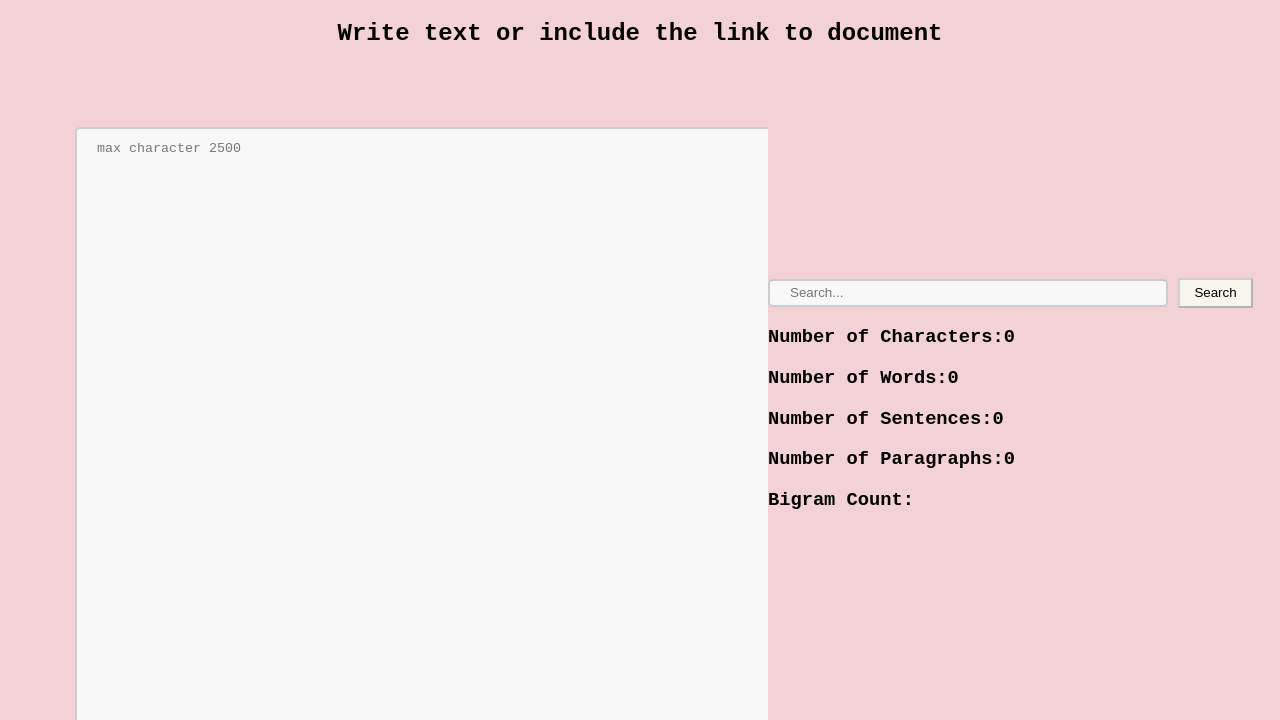
Repository: zitac234/TTPProject
Page: /
The author's editor kept a copy of each file at every save. The page is drawn from the files as they stood at one save, then again after a run of saves.
The browser window is 1280 px wide. The pictures show the whole page.
The project was rebuilt for these pictures with package versions that can differ from the ones it lists, and the page was loaded fresh each time. Also part of the build but not shown: webpack.config.js.

Above is the page before, as saved 2021-06-21 16:42:23.

After the next 11 saves:
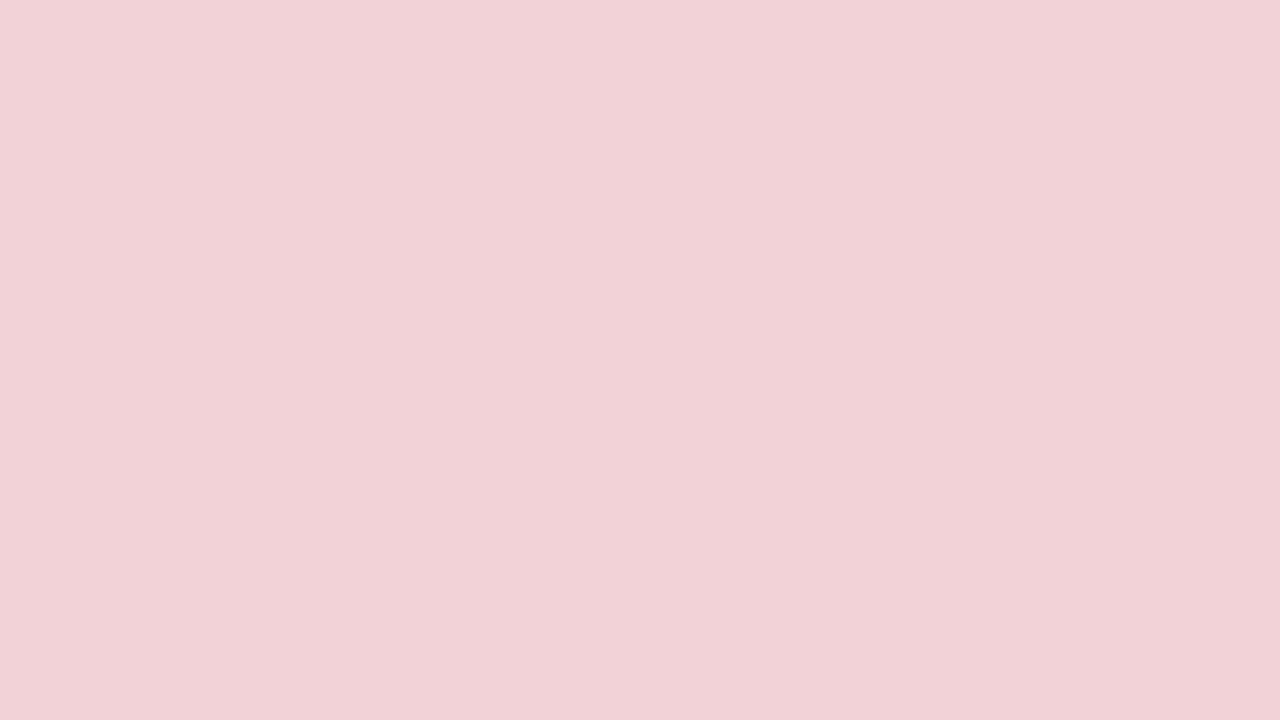
Console error: ReferenceError: str is not defined
The 11 saves are shown as one change because 3 did not build or start and some came seconds apart.
The last was saved 61 s later.
--- a/client/CreateForm.js
+++ b/client/CreateForm.js
@@ -46,3 +46,4 @@ const searchWord = (text, search)=>{
             document.getElementById('result').innerHTML = searchWord
       }
 }
+const countBigrams = (str)

After the save that followed:
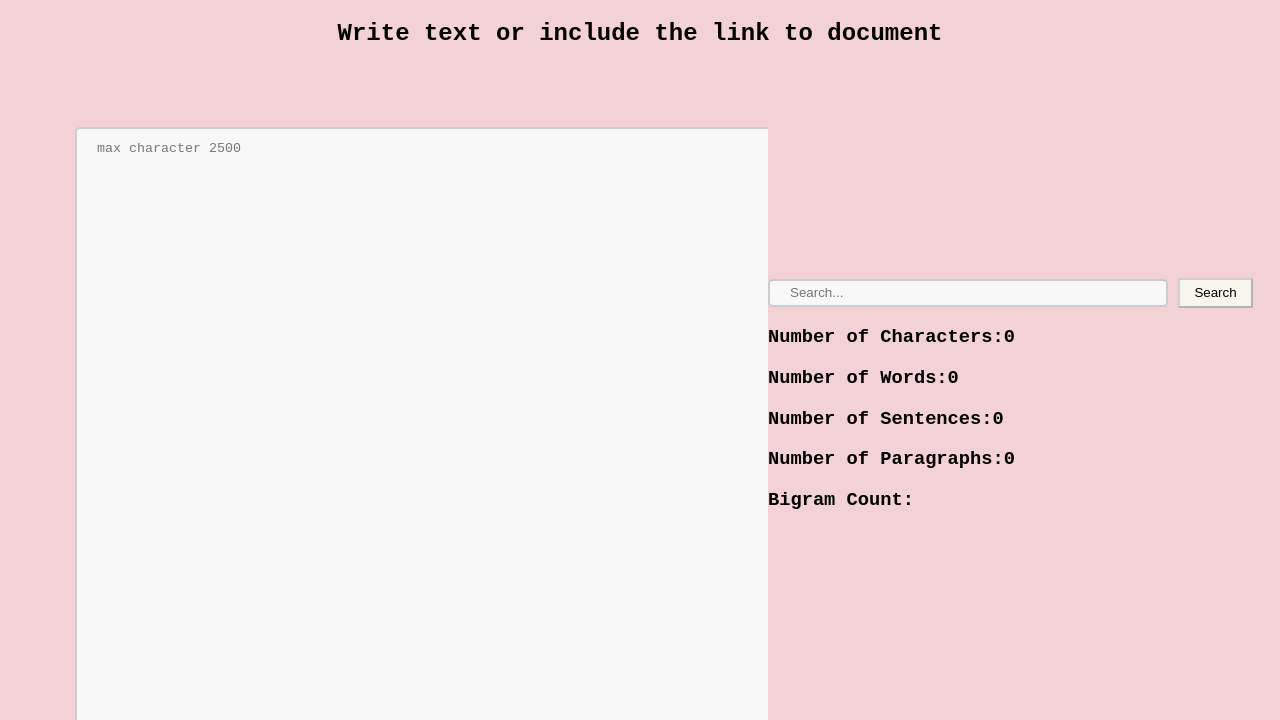
The error is gone.
Saved 4 s later.
--- a/client/CreateForm.js
+++ b/client/CreateForm.js
@@ -46,4 +46,6 @@ const searchWord = (text, search)=>{
             document.getElementById('result').innerHTML = searchWord
       }
 }
-const countBigrams = (str)
+const countBigrams = (str)=>{
+
+}
